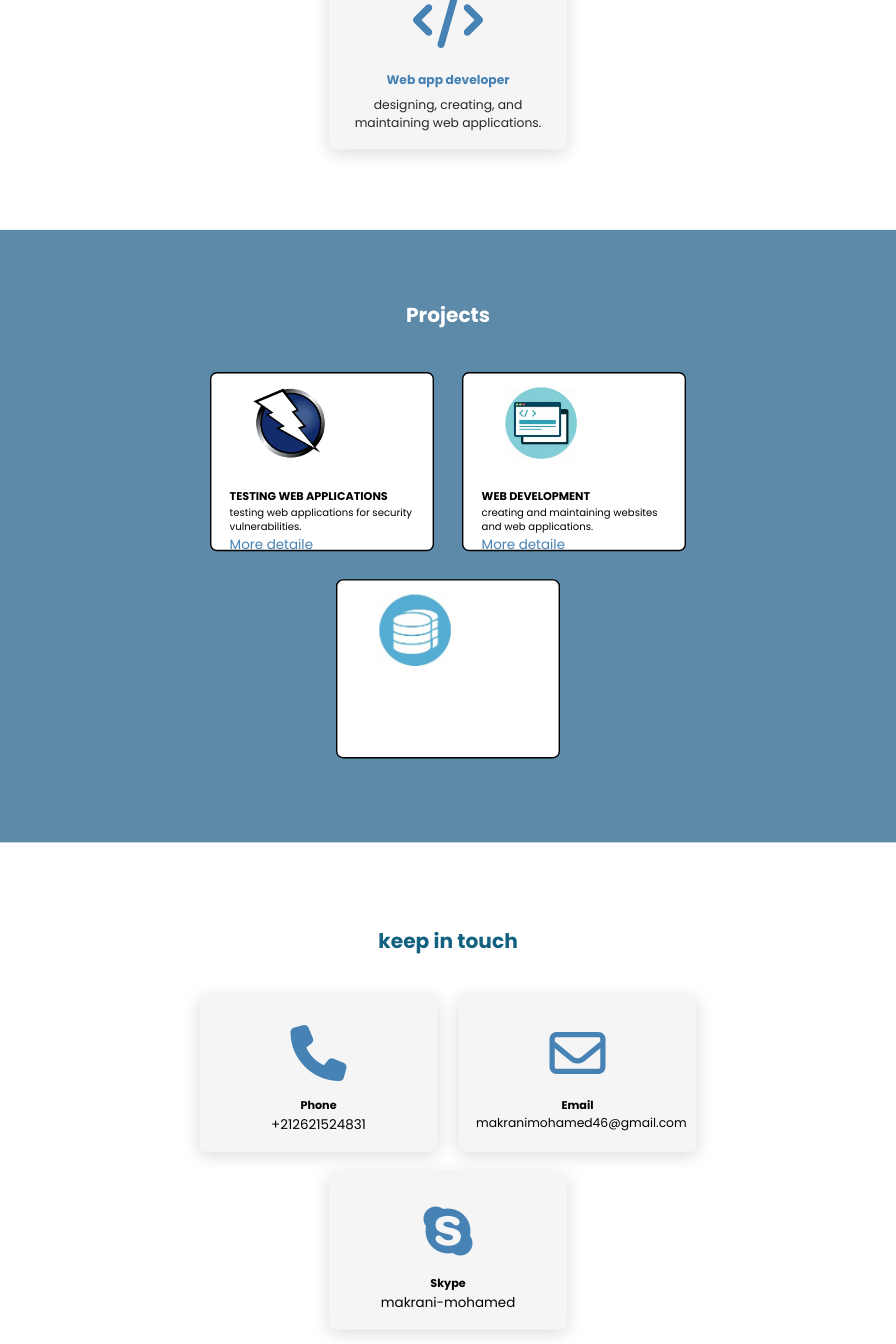
Repository: mohamed-makrani/Portfolio
Page: indixe.html
These files come from the project's save history. The page is drawn as it stood at one moment and after the next save; the edit follows.
The browser window is 1280 px wide. The pictures show the part of the page from y = 1348 to 3268 px (the page is 3436 px tall), at 70% of full size.
Backgrounds fixed to the window are drawn as part of the page.

Above is the page before, as saved 2023-09-18 17:42:07.

After the next save:
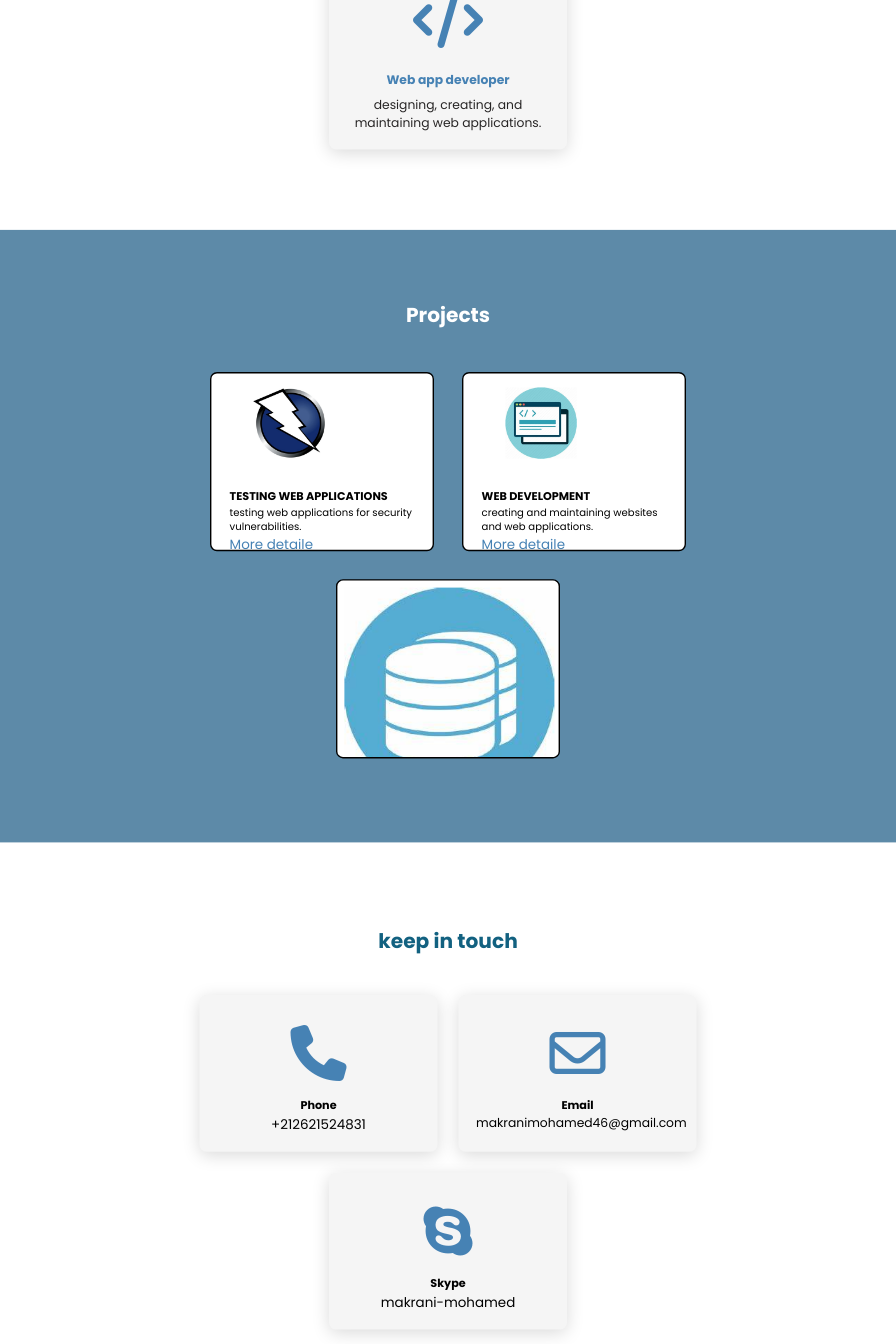
Saved 19 s later.
--- a/indixe.html
+++ b/indixe.html
@@ -90,7 +90,7 @@
 
                 </div>
                 <div class="project-card">
-                    <div class="image">
+                    <div class="image1">
                         <img src="database.jpg">
                     </div>
                     <div class="project-info">

After the save that followed:
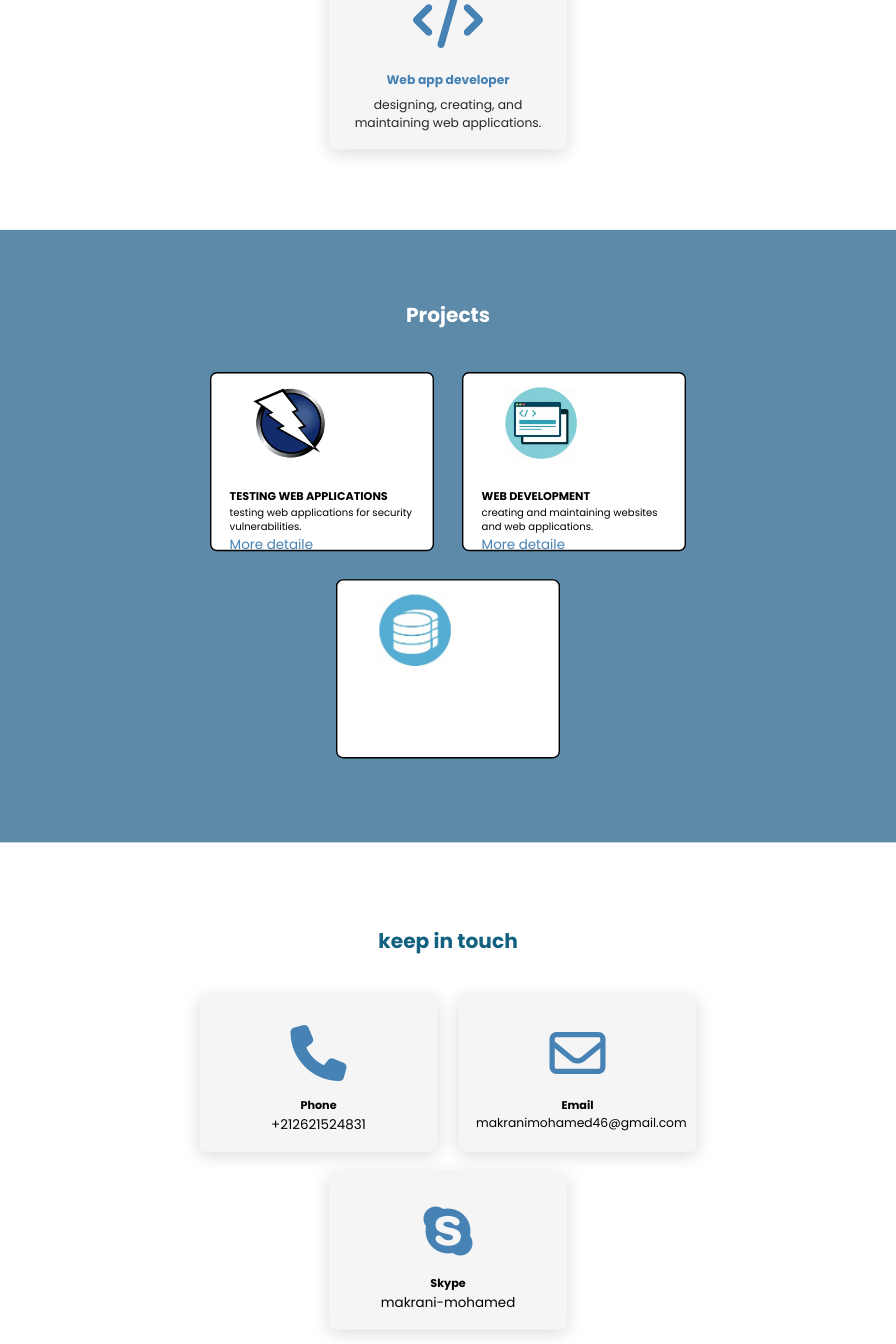
Saved 72 s later.
--- a/style.css
+++ b/style.css
@@ -314,3 +314,8 @@ opacity: 0.9;
 .footer.social-media a{
    font-size: 1.3em;
 }
+.image1 img{
+   max-width:163px;
+   padding: 10px 11px 8px 50px;
+   justify-content: centre;
+}
